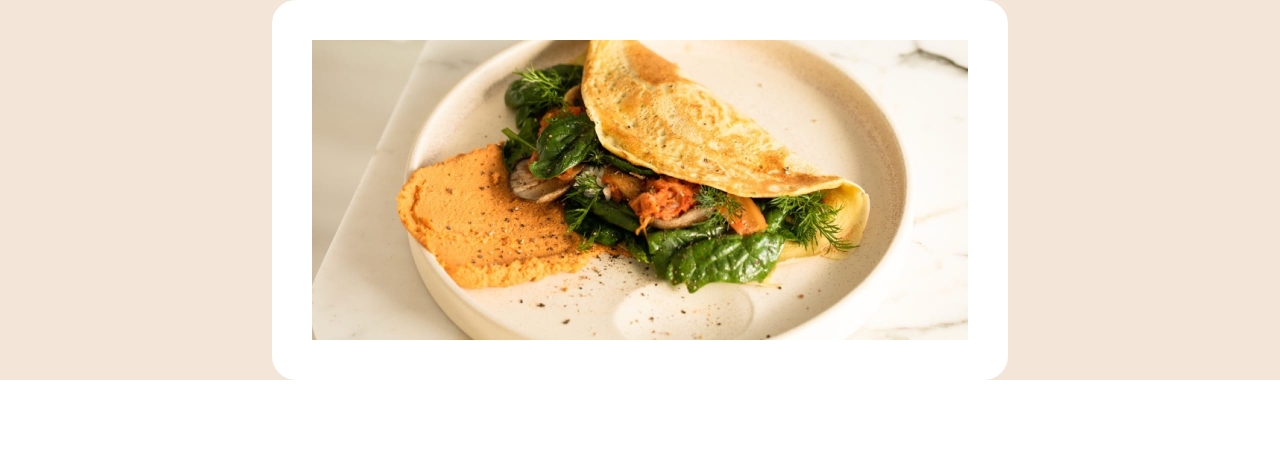
Repository: brandontaylor1/recipe-page
Page: index.html
The author's editor kept a copy of each file at every save. The page is drawn from the files as they stood at one save, then again after the next save.
The browser window is 1280 px wide. The pictures show the whole page.

Above is the page before, as saved 2024-12-28 21:39:39.

After the next save:
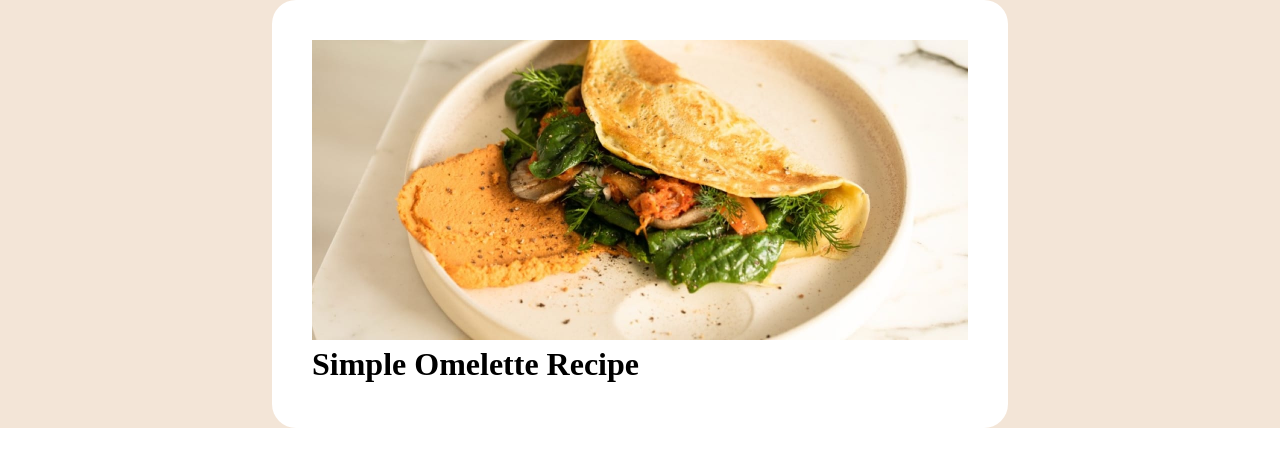
Saved 29 s later.
--- a/index.html
+++ b/index.html
@@ -10,7 +10,7 @@
     <main class="container">
         <div class="recipe-card">
             <img src="./assets/images/image-omelette.jpeg" alt="recipe-image">
-            <h1></h1>
+            <h1>Simple Omelette Recipe</h1>
         </div>
 
 
